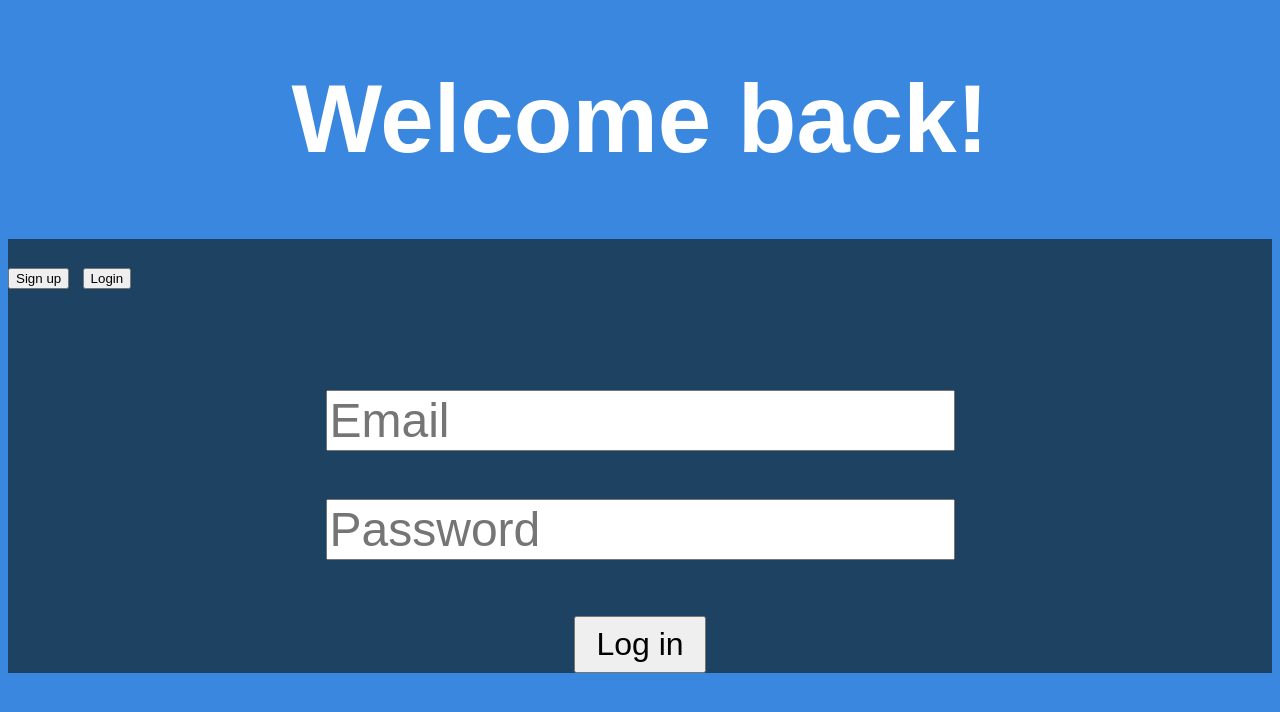
Repository: NicolasssCarlos/basic-flask-login
Page: http://localhost/
An editor plug-in stored every save of this project. The page is shown before and after the next save, followed by the edit.
The browser window is 1280 px wide. The pictures show the whole page.
The page is served by the project's application, run on Flask 3 (app.py).

Above is the page before, as saved 2025-06-11 20:35:41.

After the next save:
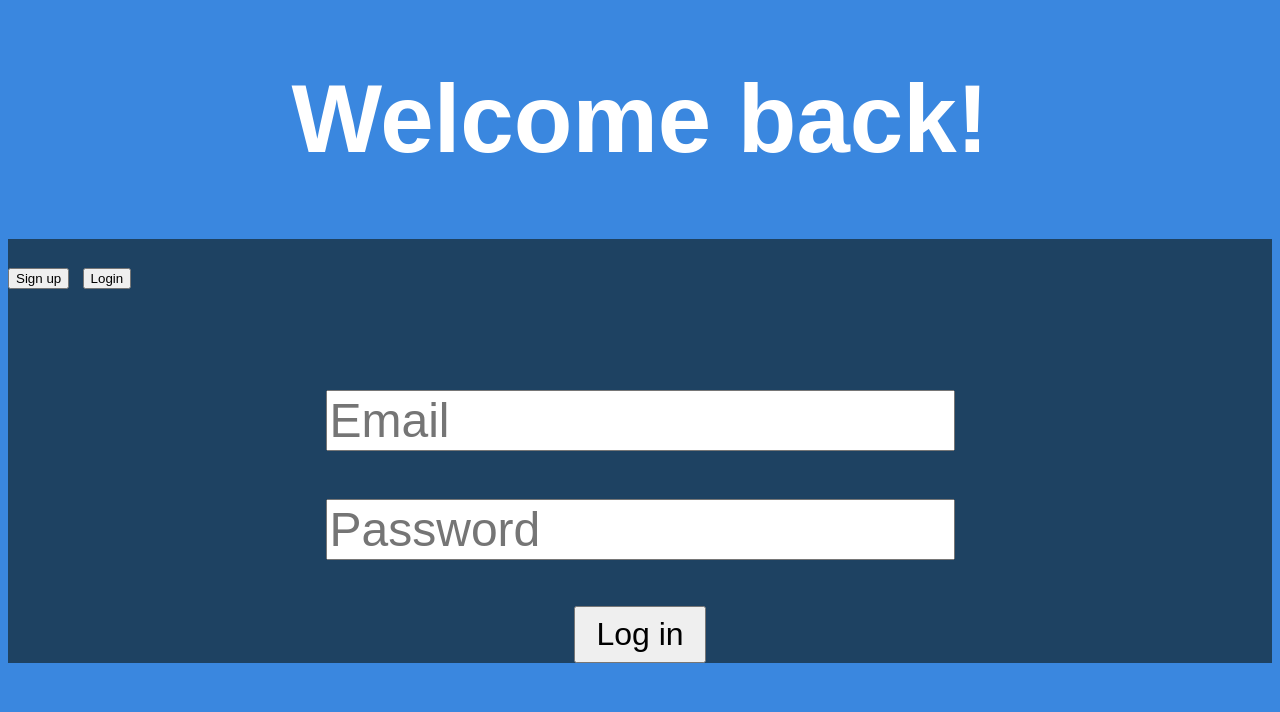
Saved 9 s later.
--- a/static/main.css
+++ b/static/main.css
@@ -120,5 +120,5 @@
     padding: 0.5rem;
 
 
-    margin-top: 1.5rem;
+    margin-top: 2dvh;
 }
